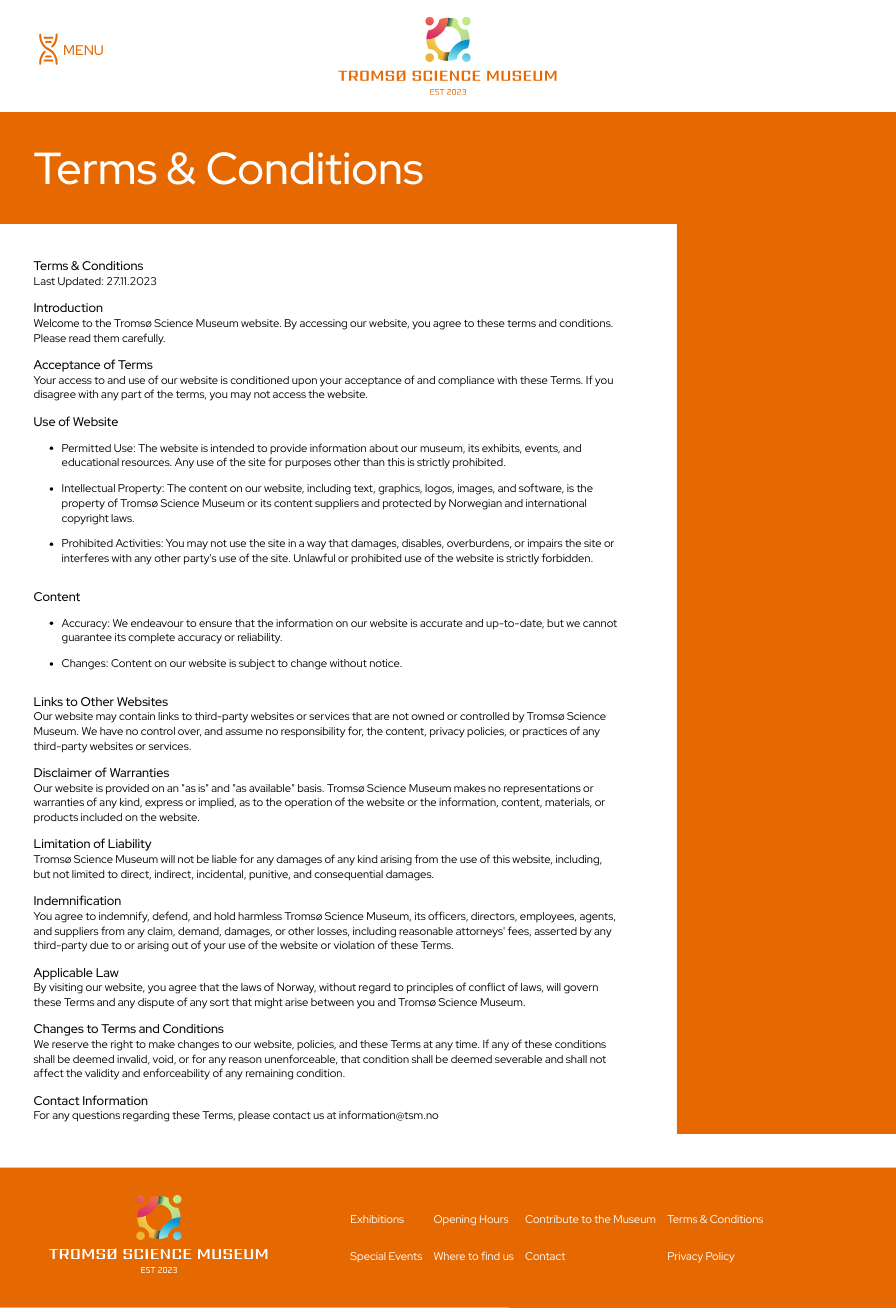
Repository: benjaminskarding/Semester-Project
Page: terms_conditions.html
An editor plug-in stored every save of this project. The page is shown before and after the next save, followed by the edit.
The browser window is 1280 px wide. The pictures show the whole page, at 70% of full size.

Above is the page before, as saved 2023-11-29 16:33:00.

### terms_conditions.html
<!DOCTYPE html>
<html lang="en">
<head>
    <meta charset="UTF-8">
    <meta name="viewport" content="width=device-width, initial-scale=1.0">
    <link rel="stylesheet" href="/src/css/terms_conditions.css">
    <link rel="preconnect" href="https://fonts.googleapis.com">
    <link rel="preconnect" href="https://fonts.gstatic.com" crossorigin>
    <link href="https://fonts.googleapis.com/css2?family=Red+Hat+Display:wght@300;400;500;600;700;800&display=swap" rel="stylesheet">
    <title>Terms & Conditions</title>
</head>
<body>
    <header class="header-collection">
        <div class="header-wrapper">
            <nav class="header-main-nav">
                <div class="header-nav-left">
                    <a href="#menuOverlay" aria-label="Open Menu">
                        <img src="assets/images/icons/helixOrange.svg" class="menuIcon" alt="navigation menu icon">
                        <span class="orange">MENU</span>
                    </a>
                </div>
                <div class="header-nav-center-logo"></div>
                    <img class="logo" src="assets/images/logo/logoOrange.svg" alt="company logo">
                <div class="header-nav-right-placeholder">
                </div>
            </nav>
        </div>


        <!--Hamburger Menu Overlay-->
      <div class="hamburger-overlay" id="menuOverlay" aria-label="Menu overlay">

        <div class="overlay-header">
            <h3>MENU</h3>
            <a href="#closeOverlay" class="overlay-close-btn" aria-label="Close menu">&times;</a>
            <a id="closeOverlay"></a>

        </div>

        <div class="overlayOptionsContainer">
            <a href="index.html">
              <h5 class="menu-item">Home</h5>
            </a>
            <a href="exhibitions.html">
              <h5 class="menu-item">Exhibitions</h5>
          </a>
            <a href="special_events.html">
              <h5 class="menu-item">Special Events</h5>
          </a>
            <a href="contribute.html">
              <h5 class="menu-item">Contribute to the Museum</h5>
          </a>
            <a href="contact.html">
              <h5 class="menu-item">Contact</h5>
          </a>
            <a href="terms_conditions.html">
              <h5 class="menu-item">Terms & Conditions</h5>
          </a>
            <a href="privacy_policy.html">
              <h5 class="menu-item">Privacy Policy</h5>
          </a>
        </div>
        <div class="overlayLogoContainer">
            <img src="assets/images/logo/logo.svg" class="overlayLogo" alt="rainy days logo in hamburger overlay">
        </div>
      </div>
    </header>
        <div class="top-bar">
            <h3 class="medium">Terms & Conditions</h3>
        </div>
        <div class="main-content-container">
            <div class="main-content">
                <h6>Terms & Conditions</h6>
                <p>Last Updated: 27.11.2023</p>
                <h6>Introduction</h6>
                <p>Welcome to the Tromsø Science Museum website. By accessing our website, you agree to these terms and conditions. Please read them carefully.</p>
                <h6>Acceptance of Terms</h6>
                <p>Your access to and use of our website is conditioned upon your acceptance of and compliance with these Terms. If you disagree with any part of the terms, you may not access the website.</p>
                <h6>Use of Website</h6>
                <ul>
                    <li>Permitted Use: The website is intended to provide information about our museum, its exhibits, events, and educational resources. Any use of the site for purposes other than this is strictly prohibited.</li>
                    <li>Intellectual Property: The content on our website, including text, graphics, logos, images, and software, is the property of Tromsø Science Museum or its content suppliers and protected by Norwegian and international copyright laws.</li>
                    <li>Prohibited Activities: You may not use the site in a way that damages, disables, overburdens, or impairs the site or interferes with any other party's use of the site. Unlawful or prohibited use of the website is strictly forbidden.</li>
                </ul>
                <h6>Content</h6>
                <ul>
                    <li>Accuracy: We endeavour to ensure that the information on our website is accurate and up-to-date, but we cannot guarantee its complete accuracy or reliability.</li>
                    <li>Changes: Content on our website is subject to change without notice.</li>
                </ul>
                <h6>Links to Other Websites</h6>
                <p>Our website may contain links to third-party websites or services that are not owned or controlled by Tromsø Science Museum. We have no control over, and assume no responsibility for, the content, privacy policies, or practices of any third-party websites or services.</p>
                <h6>Disclaimer of Warranties</h6>
                <p>Our website is provided on an "as is" and "as available" basis. Tromsø Science Museum makes no representations or warranties of any kind, express or implied, as to the operation of the website or the information, content, materials, or products included on the website.</p>
                <h6>Limitation of Liability</h6>
                <p>Tromsø Science Museum will not be liable for any damages of any kind arising from the use of this website, including, but not limited to direct, indirect, incidental, punitive, and consequential damages.</p>
                <h6>Indemnification</h6>
                <p>You agree to indemnify, defend, and hold harmless Tromsø Science Museum, its officers, directors, employees, agents, and suppliers from any claim, demand, damages, or other losses, including reasonable attorneys' fees, asserted by any third-party due to or arising out of your use of the website or violation of these Terms.</p>
                <h6>Applicable Law</h6>
                <p>By visiting our website, you agree that the laws of Norway, without regard to principles of conflict of laws, will govern these Terms and any dispute of any sort that might arise between you and Tromsø Science Museum.</p>
                <h6>Changes to Terms and Conditions</h6>
                <p>We reserve the right to make changes to our website, policies, and these Terms at any time. If any of these conditions shall be deemed invalid, void, or for any reason unenforceable, that condition shall be deemed severable and shall not affect the validity and enforceability of any remaining condition.</p>
                <h6>Contact Information</h6>
                <p>For any questions regarding these Terms, please contact us at information@tsm.no</p>
            </div>
            <div class="sidebar"></div>
        </div>
        <footer id=desktop-footer class="footer">
            <div class="footer-container">
                  <!--footer left side-->
                  <a href="index.html" class="footer-left-container" aria-label="Back to homepage">
                    <img src="assets/images/logo/logo.svg" class="footer-logo" alt="company logo in footer">
                  </a>
                <!--footer center-->
                <div class="footer-center-container">
                  <div class="footer-column-1">
                    <p class="footer-titles">Exhibitions</p>
                    <p class="footer-titles">Special Events</p>
                  </div>
                  <div class="footer-column-2">
                    <p class="footer-titles">Opening Hours</p>
                    <p class="footer-titles">Where to find us</p>
                  </div>
                  <div class="footer-column-3">
                    <p class="footer-titles">Contribute to the Museum</p>
                    <p class="footer-titles">Contact</p>
                  </div>
                  <div class="footer-column-4">
                    <p class="footer-titles">Terms & Conditions</p>
                    <p class="footer-titles">Privacy Policy</p>
                  </div>
                </div>

                <div class="footer-right-container-placeholder"></div>
            </div>
          </footer>
</body>
</html>

### src/css/terms_conditions.css
@import url(common.css);
@import url(_reset.css);
@import url(_variables.css);

.sidebar {
    display: flex;
    flex-direction: column;
    align-items: center;
    justify-content: flex-start;
    right: 0;
    width: 50rem;
    background-color: #E66800;
}

.main-content {
    display: flex;
    flex-direction: column;
    margin-left: 3rem;
    margin-top: 3rem;
}

.main-content p, li {
    margin-bottom: 1em;
    margin-right: 5em;
}

.reduce-margin {
    margin-top: -1em;
}

### src/css/common.css
body, html {
    height: 100%;
    margin: 0;
}

a {
    text-decoration: none;
    cursor: pointer;
    color: inherit;
}

/* common header, landing page has specific */

.header-collection {
    background-color: white;
    height: 160px;
}

.header-wrapper {
    margin-left: 3rem;
    margin-right: 3rem;
}

.logo {
    margin-top: 1.5rem;
}


.header-main-nav {
    display: flex;
    justify-content: space-between;
    align-items: center;
    width: 100%;
}



.header-nav-left {
    flex: 1;
    display: flex;
    align-items: center;
    font-size: 1.25rem;
    font-weight: var(--font-weight-medium);
}

.header-nav-left a {
    display: flex;
    justify-content: flex-start;
    align-items: center;
}

.header-nav-center-logo {
    flex: 0;
}

.header-nav-right-placeholder {
    flex: 1;
    display: flex;
    justify-content: flex-end;
}

/* Footer */

.footer{
    background-color: var(--color-secondary);
    height: 200px;
    display: flex;
    margin-top: 3rem;
}

.footer-container {
    display: flex;
    align-items: center;
    justify-content: space-between;
    margin-left: 3rem;
    margin-right: 3rem;
    width: 100%;
}


.footer-center-container {
    display: flex;
    gap: 1rem;
    margin-right: 3rem;
}

footer-right-container-placeholder

.footer-logo {
    height: 100px;
}

.footer-titles {
    display: flex;
    margin-bottom: 2rem;
    margin-top: 2rem;
    color: white;
}


/* Main content */

.main-content-container {
    display: flex;
}

.top-bar {
    display: flex;
    align-items: center;
    background-color: #E66800;
    width: 100%;
    height: 160px;
}

.top-bar h3 {
    margin-left: 3rem;
}

/* Hamburger overlay */

.hamburger-overlay {
    position: fixed;
    top: 320px;
    right: 0;
    width: 29.75rem;
    height: 100%;
    background-color: var(--color-secondary);
    z-index: 1000;
    visibility: hidden;
    opacity: 0;
    transition: opacity 0.3s, visibility 0.3s;
    display: flex;
    flex-direction: column;
    justify-content: space-between;
}

.overlay-header {
    display: flex;
    flex-direction: row;
    justify-content: space-between;
    align-items: center;
    text-align: center;
    margin-left: 1rem;
}

.hamburger-overlay:target {
    visibility: visible;
    opacity: 1;
}

.overlayOptionsContainer {
    flex-direction: column;
    height: 100%;
}

.menu-item {
    display: flex;
    justify-content: space-between;
    align-items: center;
    margin: 0 1rem;
    margin-top: 2rem;
    color: white;
}

.overlayTitle {
    display: flex;
    align-items: center;
    justify-content: flex-start;
    color: var(--color-primary);
    margin-bottom: 10px;
    margin-left: 1rem;
}

.overlayLogoContainer {
    display: flex;
    justify-content: center;
    margin-bottom: 2rem;
    margin-top: 1rem;
}

.overlayLogo {
    width: 50%;
}

.overlay-close-btn {
    padding-top: 10px;
    margin-left: 1rem;
    color: white;
    font-size: 2rem;
    background: none;
    border: none;
    cursor: pointer;
}

### src/css/_reset.css
*, *:before, *:after {
    box-sizing: inherit;
  }

  body {
    box-sizing: border-box;
    min-height: 100vh;
    margin: 0;
  }

### src/css/_variables.css
:root{
    --color-primary: white;
    --color-secondary: #E66800;

    --font-primary: 'Red Hat Display', sans-serif;
    --font-size: 16px;
    --font-weight-regular: 400;
    --font-weight-medium: 500;
    --font-weight-semibold: 600;
    --font-weight-bold: 700;
}

.medium {
    font-weight: 500
}

.regular {
    font-weight: 400;
}

.semibold {
    font-weight: 600;
}

strong, .bold {
    font-weight: var(--font-weight-bold)
}

body {
    font-family: var(--font-primary)
}

.white {
    color:white;
}

.orange {
    color: var(--color-secondary)
}

h1,h2,h3,h4 {
    color: var(--color-primary)
}

h1,h2,h3,h4,h5,h6,p {
    font-family: var(--font-primary);
    margin: 0;
    padding: 0;
}

h3 {
    font-size: 4rem; /* 64px */
}

h5 {
    font-size: 1.25rem; /*20px*/
    font-weight: var(--font-weight-medium);
}

h6 {
    font-size: 1.125rem; /*18px*/
    font-weight: var(--font-weight-medium)
}

After the next save:
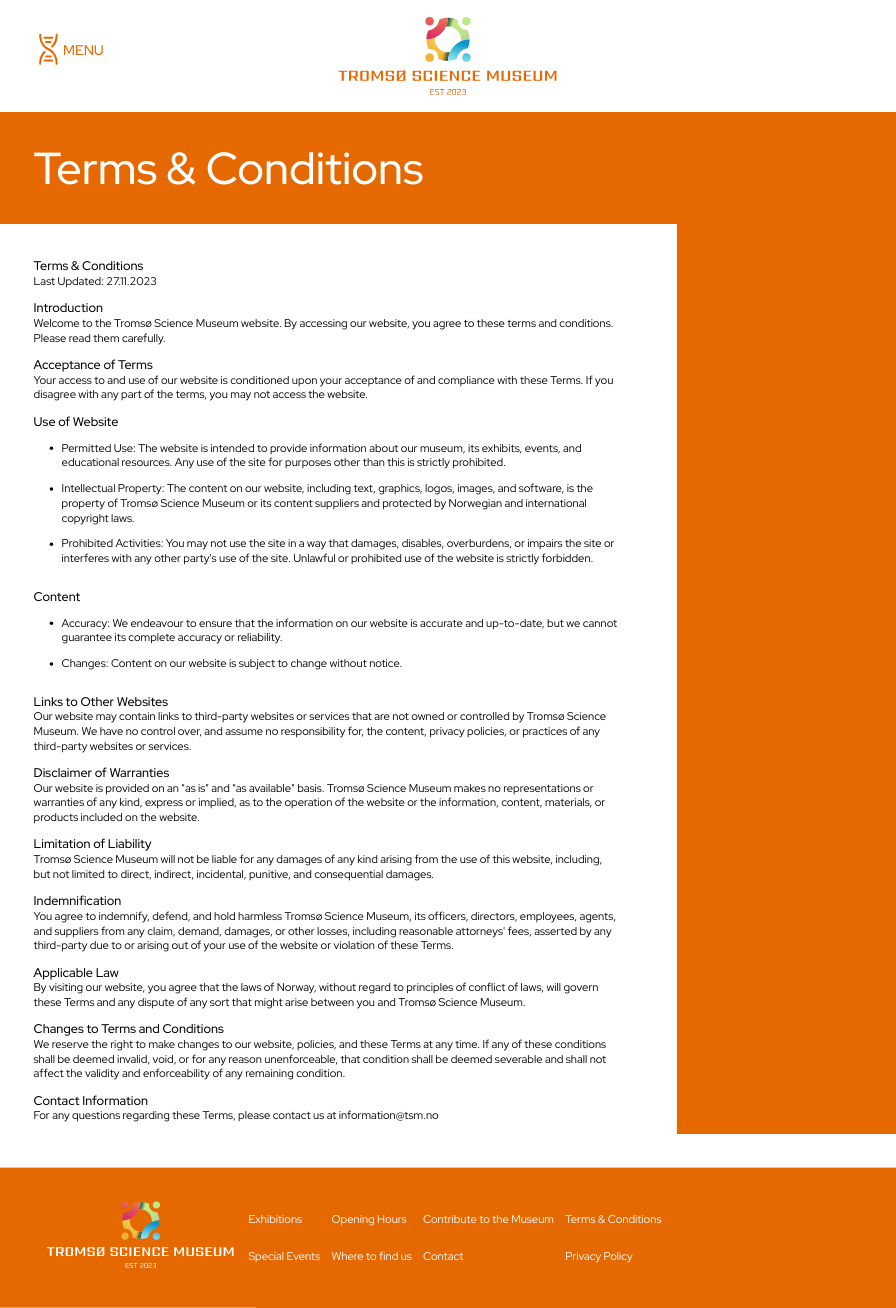
Saved 7 s later.
--- a/src/css/common.css
+++ b/src/css/common.css
@@ -84,7 +84,9 @@ a {
     margin-right: 3rem;
 }
 
-footer-right-container-placeholder
+.footer-right-container-placeholder {
+    flex: 1;
+}
 
 .footer-logo {
     height: 100px;
